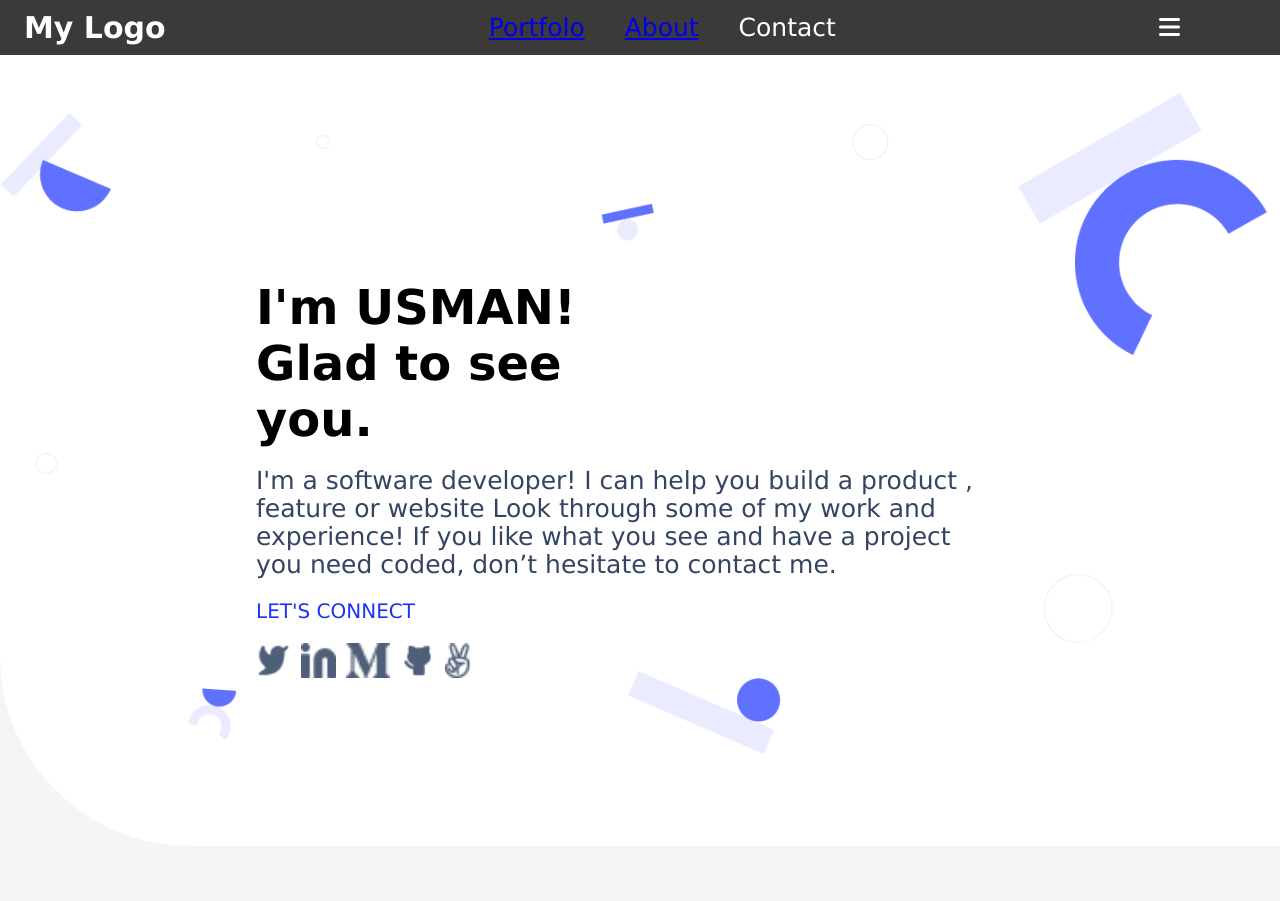
Repository: usman3123/portfolio-template-3
Page: portfolio.html
The author's editor kept a copy of each file at every save. The page is drawn from the files as they stood at one save, then again after the next save.
The browser window is 1280 px wide. The pictures show the whole page.
Some web libraries are served in a nearby version.

Above is the page before, as saved 2025-01-24 22:56:37.

After the next save:
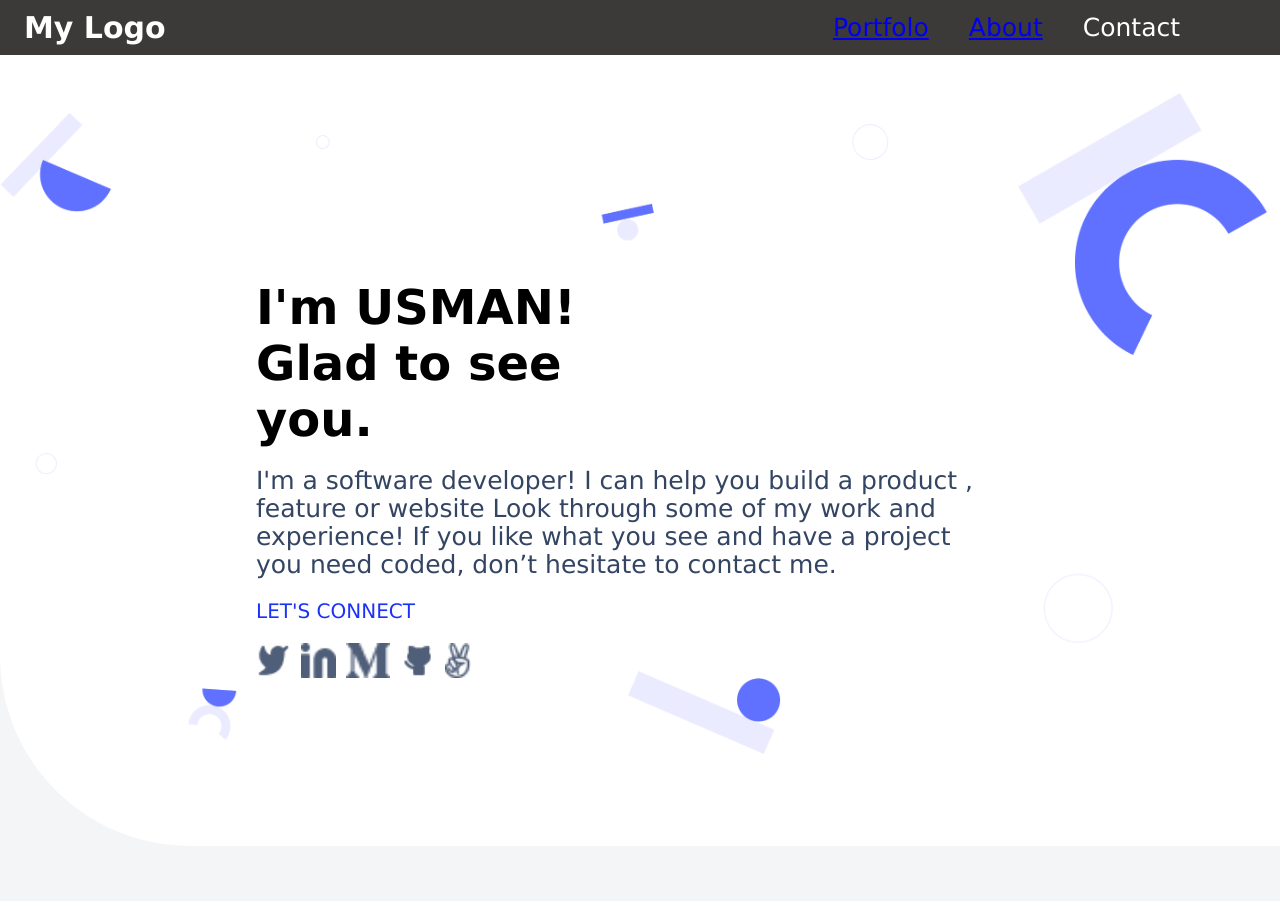
Saved 11 s later.
--- a/style.css
+++ b/style.css
@@ -120,7 +120,7 @@ body {
     .nav-links {
         display: flex;
     }
-    .nav-icon {
+    #nav-icon {
         display: none;
     }
 }
